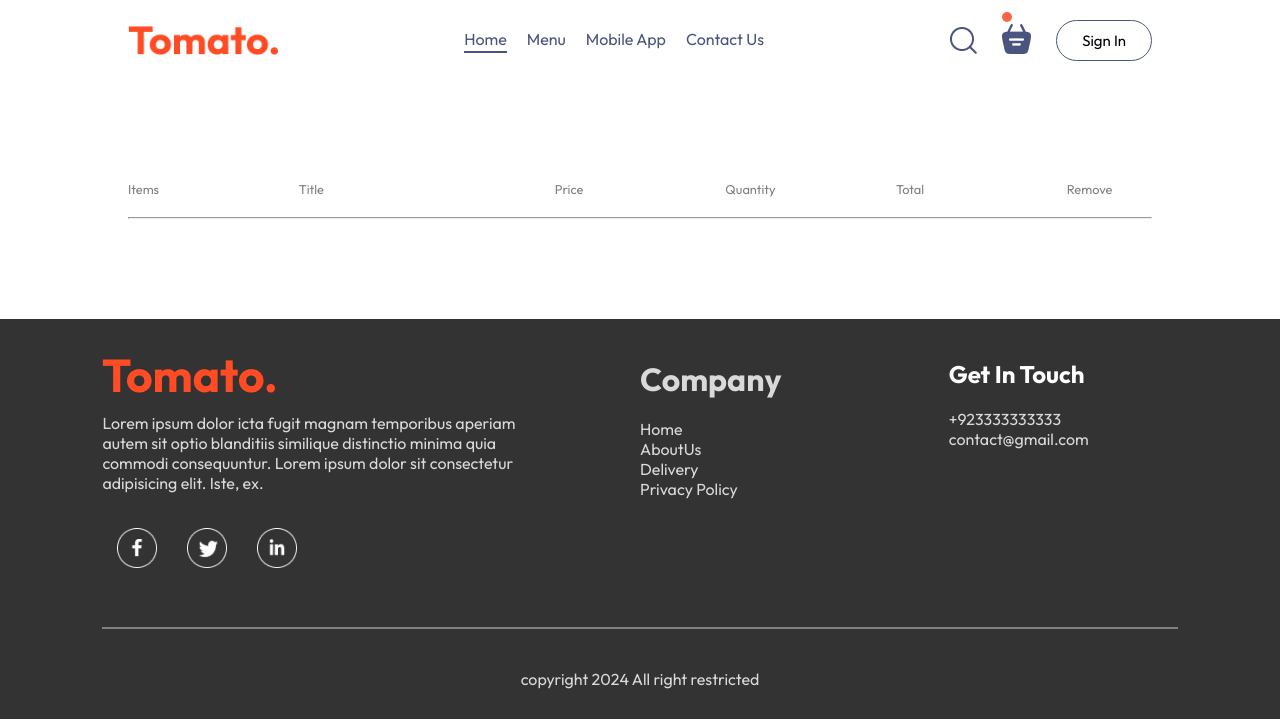
Repository: Attar786/Food-ordering-app
Page: /cart (app in frontend/)
An editor plug-in stored every save of this project. The page is shown before and after the next save, followed by the edit.
The browser window is 1280 px wide. The pictures show the whole page.
The project was rebuilt for these pictures with package versions that can differ from the ones it lists, and the page was loaded fresh each time. Also part of the build but not shown: frontend/vite.config.js, frontend/src/components/Header/Header.css, frontend/src/components/Header/Header.jsx, frontend/src/components/ExploreMenu/ExploreMenu.css, frontend/src/components/ExploreMenu/ExploreMenu.jsx, frontend/src/components/FoodDisplay/FoodDisplay.css, frontend/src/components/FoodItem/FoodItem.css, frontend/src/components/FoodItem/FoodItem.jsx and 8 more.

Above is the page before, as saved 2024-07-30 15:11:10.

### frontend/src/main.jsx
import ReactDOM from 'react-dom/client'
import App from './App.jsx'
import './index.css'
import {BrowserRouter} from 'react-router-dom'
import StoreContextProvider from './context/StoreContext.jsx'
ReactDOM.createRoot(document.getElementById('root')).render(
<BrowserRouter>

<StoreContextProvider>
<App />
</StoreContextProvider>

    </BrowserRouter>
)

### frontend/src/App.jsx
import './index.css'
import Navbar from "./components/Navbar/Navbar"
import Home from './pages/Home/Home'
import Cart from './pages/Cart/Cart'
import PlaceOrder from './pages/PlaceOrder/PlaceOrder'
import { Route, Routes } from 'react-router-dom'
import Footer from './components/Footer/Footer'

import LoginPopup from './components/LoginPopup/LoginPopup'
import { useState } from 'react'
function App() {
  const [showLogin, setShowLogin] = useState(false);

  return (
    <>
  {showLogin?<LoginPopup setShowLogin={setShowLogin}/>:<></>}
  <div className='app'>
  <Navbar setShowLogin = {setShowLogin} />
<Routes>
<Route path='/' element={<Home/>}/>
<Route path='/cart' element={<Cart/>}/>
<Route path='/order' element={<PlaceOrder/>}/>
</Routes>
  </div>
  <Footer/>
    </>
  )
}

export default App

### frontend/src/index.css
@import url('https://fonts.googleapis.com/css2?family=Outfit:wght@100..900&display=swap');


*{
margin: 0;
padding: 0;
 box-sizing: border-box;
 font-family: outfit;
 scroll-behavior: smooth;
}
body{
height: 100vh;
}
a{
text-decoration: none;
color : inherit;
}
.app{
    width: 80%;
    margin: auto;
}
@keyframes fadeIn{
    0%{
        opacity: 0;
    }
    100%{
        opacity: 1;
    }
}

### frontend/src/context/StoreContext.jsx
import './StoreContext.css';
import { createContext, useEffect, useState } from 'react';
import { food_list } from '../assets/assets'; // Ensure this path is correct and food_list is correctly exported

export const StoreContext = createContext(null);

const StoreContextProvider = (props) => {
  const [cartItems, setCartItems] = useState({});

  const addToCart = (itemId) => {
    if (!cartItems[itemId]) {
      setCartItems((prev) => ({ ...prev, [itemId]: 1 }));
    } else {
      setCartItems((prev) => ({ ...prev, [itemId]: prev[itemId] + 1 }));
    }
  };

  const removeFromCart = (itemId) => {
    setCartItems((prev) => {
      const newCount = prev[itemId] - 1;
      if (newCount <= 0) {
        const { [itemId]: _, ...rest } = prev;
        return rest;
      } else {
        return { ...prev, [itemId]: newCount };
      }
    });
  };

  useEffect(() => {
    console.log(cartItems);
  }, [cartItems]);

  const contextValue = {
    food_list,
    cartItems,
    setCartItems,
    addToCart,
    removeFromCart,
  };

  return (
    <StoreContext.Provider value={contextValue}>
      {props.children}
    </StoreContext.Provider>
  );
};

export default StoreContextProvider;

### frontend/src/components/Navbar/Navbar.jsx
import { useState } from 'react';
import './Navbar.css';
import { assets } from '../../assets/assets';
import { Link } from 'react-router-dom'
const Navbar = ({setShowLogin}) => {
  const [menu, setMenu] = useState("home");

  const handleMenuClick = (menuItem) => {
    setMenu(menuItem);
  };

  return (
    <div className="navbar">
      <img src={assets.logo} alt="Logo" className="logo" />
      <ul className="navbar-menu">
        <Link to='/' onClick={() => handleMenuClick("home")} className={menu === "home" ? "active" : ""}>Home</Link>
        <a href='#explore-menu' onClick={() => handleMenuClick("menu")} className={menu === "menu" ? "active" : ""}>Menu</a>
        <a href='#app-download' onClick={() => handleMenuClick("mobile-app")} className={menu === "mobile-app" ? "active" : ""}>Mobile App</a>
        <a href='#footer' onClick={() => handleMenuClick("contact-us")} className={menu === "contact-us" ? "active" : ""}>Contact Us</a>
      </ul>
      <div className="navbar-right">
        <img src={assets.search_icon} alt="search-icon" />
        <div>
         <Link to='/cart'> <img src={assets.basket_icon} alt="icons" /></Link>
          <div className="dot"></div>
        </div>
        <button onClick={()=>setShowLogin(true)} >Sign In</button>
      </div>
    </div>
  );
}

export default Navbar;

### frontend/src/pages/Cart/Cart.jsx
 import { useContext } from 'react'
import './Cart.css'
import { StoreContext } from '../../context/StoreContext'
const Cart = () => {
  const {cartItems,food_list,removeFrp,Cart} = useContext(StoreContext);
  return (
    <div className='Cart'>
      <div className="cart-items">
        <div className="cart-item-title">
          <p>Items</p>
          <p>Title</p>
          <p>Price</p>
          <p>Quantity</p>
          <p>Total</p>
          <p>Remove</p>
        </div>
        <br />
        <hr />
        {
          food_list.map((item,index)=>
          {
            if(cartItems[item._id]){
              return (
                <div key={index} className="cart-items-title cart-item-item">
                  <img src={item.image} alt="" />
                  <p>{item.name}</p>
                  <p>Pkr={item.price}</p>
                  <p>{cartItems[item._id]}</p>
                  <p>{item.price*cartItems[item._id]}</p>
                  <p>X</p>
                </div>
              )
            }
          }

          )
        }
      </div>
       </div>
  )
}

export default Cart

### frontend/src/components/Footer/Footer.jsx
import "./Footer.css"
import { assets } from "../../assets/assets"
const Footer = () => {
  return (
    <div className="footer" id="footer">
<div className="footer-content">
    <div className="footer-content-left">
        <img src={assets.logo} alt="fsf" />
    <p>  Lorem ipsum dolor icta fugit magnam temporibus aperiam autem sit optio blanditiis similique distinctio minima quia commodi consequuntur. Lorem ipsum dolor sit consectetur adipisicing elit. Iste, ex.</p>
    <div className="footer-social-icons">
        <img src={assets.facebook_icon} alt="" />
        <img src={assets.twitter_icon} alt="" />
        <img src={assets.linkedin_icon} alt="" />
    </div>

    </div>
    <div className="footer-content-center">
    <h1>Company</h1>
        <ul>
        <li>Home</li>
        <li>AboutUs</li>
        <li>Delivery</li>
        <li>Privacy Policy</li>
        </ul>
    </div>
    <div className="footer-content-right">
        <h2>Get In Touch</h2>
        <ul>
            <li>
                +923333333333
            </li>
            <li>
                contact@gmail.com
            </li>
        </ul>
    </div>
</div>
<hr/>
<p className="footer-copyright">
copyright 2024 All right restricted
</p>

    </div>
  )
}

export default Footer

### frontend/src/assets/assets.js
import basket_icon from './basket_icon.png'
import logo from './logo.png'
import header_img from './header_img.png'
import search_icon from './search_icon.png'
import menu_1 from './menu_1.png'
import menu_2 from './menu_2.png'
import menu_3 from './menu_3.png'
import menu_4 from './menu_4.png'
import menu_5 from './menu_5.png'
import menu_6 from './menu_6.png'
import menu_7 from './menu_7.png'
import menu_8 from './menu_8.png'

import food_1 from './food_1.png'
import food_2 from './food_2.png'
import food_3 from './food_3.png'
import food_4 from './food_4.png'
import food_5 from './food_5.png'
import food_6 from './food_6.png'
import food_7 from './food_7.png'
import food_8 from './food_8.png'
import food_9 from './food_9.png'
import food_10 from './food_10.png'
import food_11 from './food_11.png'
import food_12 from './food_12.png'
import food_13 from './food_13.png'
import food_14 from './food_14.png'
import food_15 from './food_15.png'
import food_16 from './food_16.png'
import food_17 from './food_17.png'
import food_18 from './food_18.png'
import food_19 from './food_19.png'
import food_20 from './food_20.png'
import food_21 from './food_21.png'
import food_22 from './food_22.png'
import food_23 from './food_23.png'
import food_24 from './food_24.png'
import food_25 from './food_25.png'
import food_26 from './food_26.png'
import food_27 from './food_27.png'
import food_28 from './food_28.png'
import food_29 from './food_29.png'
import food_30 from './food_30.png'
import food_31 from './food_31.png'
import food_32 from './food_32.png'

import add_icon_white from './add_icon_white.png'
import add_icon_green from './add_icon_green.png'
import remove_icon_red from './remove_icon_red.png'
import app_store from './app_store.png'
import play_store from './play_store.png'
import linkedin_icon from './linkedin_icon.png'
import facebook_icon from './facebook_icon.png'
import twitter_icon from './twitter_icon.png'
import cross_icon from './cross_icon.png'
import selector_icon from './selector_icon.png'
import rating_starts from './rating_starts.png'
import profile_icon from './profile_icon.png'
import bag_icon from './bag_icon.png'
import logout_icon from './logout_icon.png'
import parcel_icon from './parcel_icon.png'

export const assets = {
    logo,
    basket_icon,
    header_img,
    search_icon,
    rating_starts,
    add_icon_green,
    add_icon_white,
    remove_icon_red,
    app_store,
    play_store,
    linkedin_icon,
    facebook_icon,
    twitter_icon,
    cross_icon,
    selector_icon,
    profile_icon,
    logout_icon,
    bag_icon,
    parcel_icon
}

export const menu_list = [
    {
        menu_name: "Salad",
        menu_image: menu_1
    },
    {
        menu_name: "Rolls",
        menu_image: menu_2
    },
    {
        menu_name: "Deserts",
        menu_image: menu_3
    },
    {
        menu_name: "Sandwich",
        menu_image: menu_4
    },
    {
        menu_name: "Cake",
        menu_image: menu_5
    },
    {
        menu_name: "Pure Veg",
        menu_image: menu_6
    },
    {
        menu_name: "Pasta",
        menu_image: menu_7
    },
    {
        menu_name: "Noodles",
        menu_image: menu_8
    }]

export const food_list = [
    {
        _id: "1",
        name: "Greek salad",
        image: food_1,
        price: 12,
        description: "Food provides essential nutrients for overall health and well-being",
        category: "Salad"
    },
    {
        _id: "2",
        name: "Veg salad",
        image: food_2,
        price: 18,
        description: "Food provides essential nutrients for overall health and well-being",
        category: "Salad"
    }, {
        _id: "3",
        name: "Clover Salad",
        image: food_3,
        price: 16,
        description: "Food provides essential nutrients for overall health and well-being",
        category: "Salad"
    }, {
        _id: "4",
        name: "Chicken Salad",
        image: food_4,
        price: 24,
        description: "Food provides essential nutrients for overall health and well-being",
        category: "Salad"
    }, {
        _id: "5",
        name: "Lasagna Rolls",
        image: food_5,
        price: 14,
        description: "Food provides essential nutrients for overall health and well-being",
        category: "Rolls"
    }, {
        _id: "6",
        name: "Peri Peri Rolls",
        image: food_6,
        price: 12,
        description: "Food provides essential nutrients for overall health and well-being",
        category: "Rolls"
    }, {
        _id: "7",
        name: "Chicken Rolls",
        image: food_7,
        price: 20,
        description: "Food provides essential nutrients for overall health and well-being",
        category: "Rolls"
    }, {
        _id: "8",
        name: "Veg Rolls",
        image: food_8,
        price: 15,
        description: "Food provides essential nutrients for overall health and well-being",
        category: "Rolls"
    }, {
        _id: "9",
        name: "Ripple Ice Cream",
        image: food_9,
        price: 14,
        description: "Food provides essential nutrients for overall health and well-being",
        category: "Deserts"
    }, {
        _id: "10",
        name: "Fruit Ice Cream",
        image: food_10,
        price: 22,
        description: "Food provides essential nutrients for overall health and well-being",
        category: "Deserts"
    }, {
        _id: "11",
        name: "Jar Ice Cream",
        image: food_11,
        price: 10,
        description: "Food provides essential nutrients for overall health and well-being",
        category: "Deserts"
    }, {
        _id: "12",
        name: "Vanilla Ice Cream",
        image: food_12,
        price: 12,
        description: "Food provides essential nutrients for overall health and well-being",
        category: "Deserts"
    },
    {
        _id: "13",
        name: "Chicken Sandwich",
        image: food_13,
        price: 12,
        description: "Food provides essential nutrients for overall health and well-being",
        category: "Sandwich"
    },
    {
        _id: "14",
        name: "Vegan Sandwich",
        image: food_14,
        price: 18,
        description: "Food provides essential nutrients for overall health and well-being",
        category: "Sandwich"
    }, {
        _id: "15",
        name: "Grilled Sandwich",
        image: food_15,
        price: 16,
        description: "Food provides essential nutrients for overall health and well-being",
        category: "Sandwich"
    }, {
        _id: "16",
        name: "Bread Sandwich",
        image: food_16,
        price: 24,
        description: "Food provides essential nutrients for overall health and well-being",
        category: "Sandwich"
    }, {
        _id: "17",
        name: "Cup Cake",
        image: food_17,
        price: 14,
        description: "Food provides essential nutrients for overall health and well-being",
        category: "Cake"
    }, {
        _id: "18",
        name: "Vegan Cake",
        image: food_18,
        price: 12,
        description: "Food provides essential nutrients for overall health and well-being",
        category: "Cake"
    }, {
        _id: "19",
        name: "Butterscotch Cake",
        image: food_19,
        price: 20,
        description: "Food provides essential nutrients for overall health and well-being",
        category: "Cake"
    }, {
        _id: "20",
        name: "Sliced Cake",
        image: food_20,
        price: 15,
        description: "Food provides essential nutrients for overall health and well-being",
        category: "Cake"
    }, {
        _id: "21",
        name: "Garlic Mushroom ",
        image: food_21,
        price: 14,
        description: "Food provides essential nutrients for overall health and well-being",
        category: "Pure Veg"
    }, {
        _id: "22",
        name: "Fried Cauliflower",
        image: food_22,
        price: 22,
        description: "Food provides essential nutrients for overall health and well-being",
        category: "Pure Veg"
    }, {
        _id: "23",
        name: "Mix Veg Pulao",
        image: food_23,
        price: 10,
        description: "Food provides essential nutrients for overall health and well-being",
        category: "Pure Veg"
    }, {
        _id: "24",
        name: "Rice Zucchini",
        image: food_24,
        price: 12,
        description: "Food provides essential nutrients for overall health and well-being",
        category: "Pure Veg"
    },
    {
        _id: "25",
        name: "Cheese Pasta",
        image: food_25,
        price: 12,
        description: "Food provides essential nutrients for overall health and well-being",
        category: "Pasta"
    },
    {
        _id: "26",
        name: "Tomato Pasta",
        image: food_26,
        price: 18,
        description: "Food provides essential nutrients for overall health and well-being",
        category: "Pasta"
    }, {
        _id: "27",
        name: "Creamy Pasta",
        image: food_27,
        price: 16,
        description: "Food provides essential nutrients for overall health and well-being",
        category: "Pasta"
    }, {
        _id: "28",
        name: "Chicken Pasta",
        image: food_28,
        price: 24,
        description: "Food provides essential nutrients for overall health and well-being",
        category: "Pasta"
    }, {
        _id: "29",
        name: "Buttter Noodles",
        image: food_29,
        price: 14,
        description: "Food provides essential nutrients for overall health and well-being",
        category: "Noodles"
    }, {
        _id: "30",
        name: "Veg Noodles",
        image: food_30,
        price: 12,
        description: "Food provides essential nutrients for overall health and well-being",
        category: "Noodles"
    }, {
        _id: "31",
        name: "Somen Noodles",
        image: food_31,
        price: 20,
        description: "Food provides essential nutrients for overall health and well-being",
        category: "Noodles"
    }, {
        _id: "32",
        name: "Cooked Noodles",
        image: food_32,
        price: 15,
        description: "Food provides essential nutrients for overall health and well-being",
        category: "Noodles"
    }
]

### frontend/src/components/Navbar/Navbar.css
.navbar{
    padding: 20px 0;
    display: flex;
    justify-content: space-between;
    align-items: center;
}
.navbar .logo{
    width: 150px;
}
.navbar-menu{
    display: flex;
    list-style: none;
    gap: 20px;
    font: 18px;
    color: #49557e;
    cursor: pointer;
}
.navbar-right{
    display: flex;
    align-items: center;
    gap: 25px;

}
.navbar button{
    font-size: 15px;
    border: 1px solid #49557e;
    background: transparent;
    padding: 10px 25px;
    cursor: pointer;
    border-radius: 40px;
    transition: 0.3s;
}
.navbar button:hover{
    background-color: #fff4f2;
}
.navbar .navbar-menu .active{
    padding-bottom: 2px;
    border-bottom: 2px solid #49557e;

}
.search-icon{
    position: relative;
}
/* .search-icon .dot{ */
    /* position: absolute;
    top: -5px;
    right: -5px;
    width: 10px;
    height: 10px;
    background-color: blue;
    border-radius: 50%;
} */
.dot {
    position: absolute;
    top: 12px; /* Adjust as needed */
    right: 268px; /* Adjust as needed */
    width: 10px;
    height: 10px;
    background-color: tomato;
    border-radius: 50%;}
    @media (max-width: 1050px)
    {
        .navbar .logo{
            width: 140px;
        }
        .navbar-menu{
            gap: 20px;
            font-size: 17px;
        }
        .nav-right {
            gap: 30px;
        };
        .navbar-right img{
            width: 22px;
        }
        .navbar-right button{
            padding: 8px 25px;
        };

    }

    @media (max-width: 900px)
    {
        .navbar .logo{
            width: 100px;
        }
        .navbar-menu{
            gap: 10px;
            font-size: 16px;
        }
        .Nav-right {
            gap: 20px;
        }
        .navbar-right img{
            width: 17px;

        }
        .navbar-right button{
            padding: 7px 15px;
            font-size: 10px;
        }
    }

    @media (max-width: 750px)
    {

        .navbar-menu{
            display: none;;
        }
    }

### frontend/src/pages/Cart/Cart.css
.Cart{
    margin-top: 100px;;
}
.cart-item-title{
    display: grid;
    grid-template-columns:  1fr 1.5fr 1fr 1fr 1fr 0.5fr;
    align-items: center;
    color: gray;
    font-size: max(1vw, 12px);
}

### frontend/src/components/Footer/Footer.css
.footer {
    color: #d9d9d9;
    background-color: hsl(0, 0%, 20%);
    display: flex;
    flex-direction: column;
    align-items: center;
    gap: 20px;
    padding: 30px 8vw; /* Fixed padding syntax */
    padding-top: 40px;
    margin-top: 100px;
}

.footer-content {
    width: 100%;
    display: grid;
    grid-template-columns: 2fr 1fr 1fr;
    gap: 80px;
}

.footer-content-left, .footer-content-center, .footer-content-right {
    display: flex;
    flex-direction: column;
    align-items: start;
    gap: 20px;
}

.footer-content-left li, .footer-content-center li, .footer-content-right li {
    list-style: none;
    cursor: pointer;
}
.footer-content-center h2, .footer-content-right h2 {
    color: white;
}
.footer-social-icons img {
width: 40px;
margin: 15px;
}
.footer-social-icons img:hover {
    width: 40px;
    margin: 15px;
    }
.footer hr{
    width: 100%;
    height: 2px;
    margin: 20px 0;
    background-color : gray;
    border: none;
}
@media (max-width: 1050px) {
    .footer-content{
        display: flex;
        flex-direction:column;
        gap: 35px;
    }
    .footer-copyright{
        text-align: center;
}
}

Loaded but not shown: frontend/index.html (common file); frontend/src/context/StoreContext.css (no stored copy; drawn as an empty file); frontend/src/pages/Home/Home.css (no stored copy; drawn as an empty file)

After the next save:
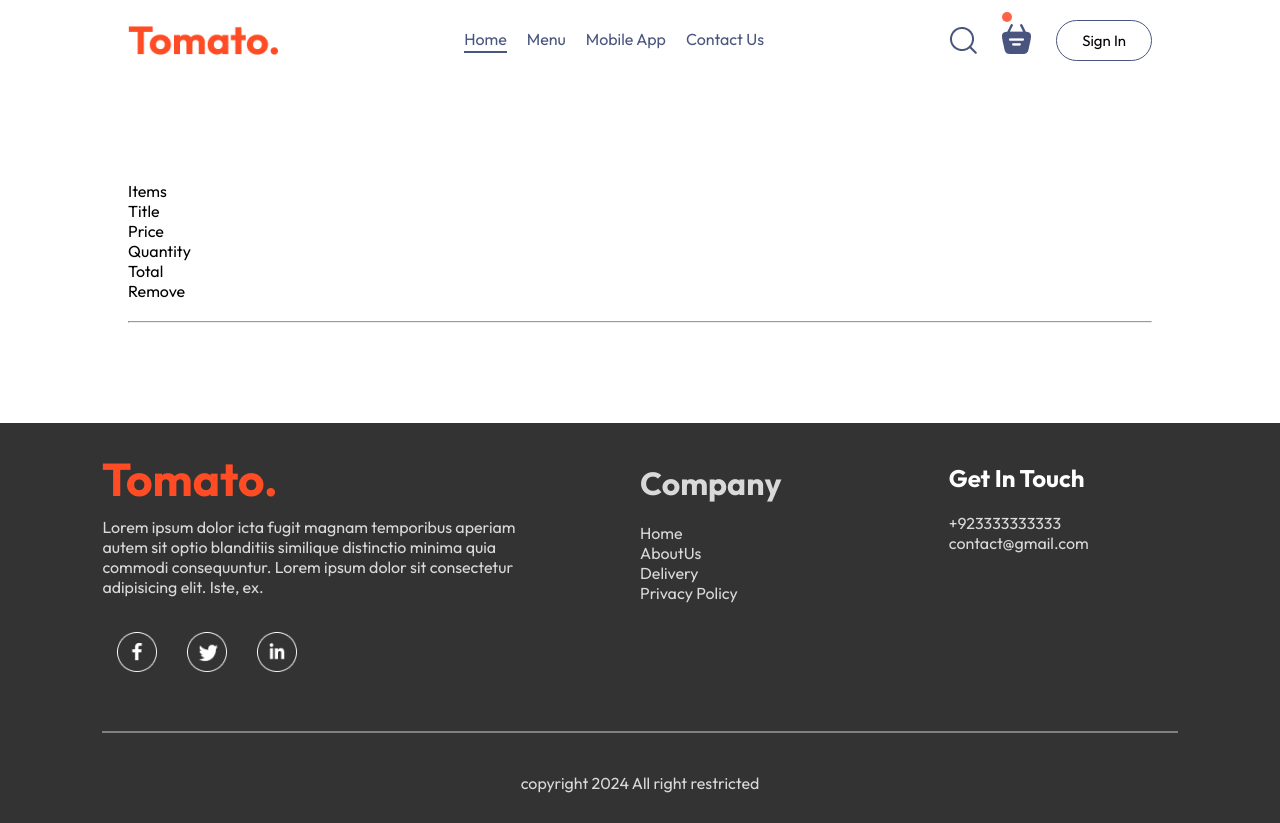
Saved 88 s later.
--- a/frontend/src/pages/Cart/Cart.jsx
+++ b/frontend/src/pages/Cart/Cart.jsx
@@ -6,7 +6,7 @@ const Cart = () => {
   return (
     <div className='Cart'>
       <div className="cart-items">
-        <div className="cart-item-title">
+        <div className=" cart-items-title">
           <p>Items</p>
           <p>Title</p>
           <p>Price</p>

After the save that followed:
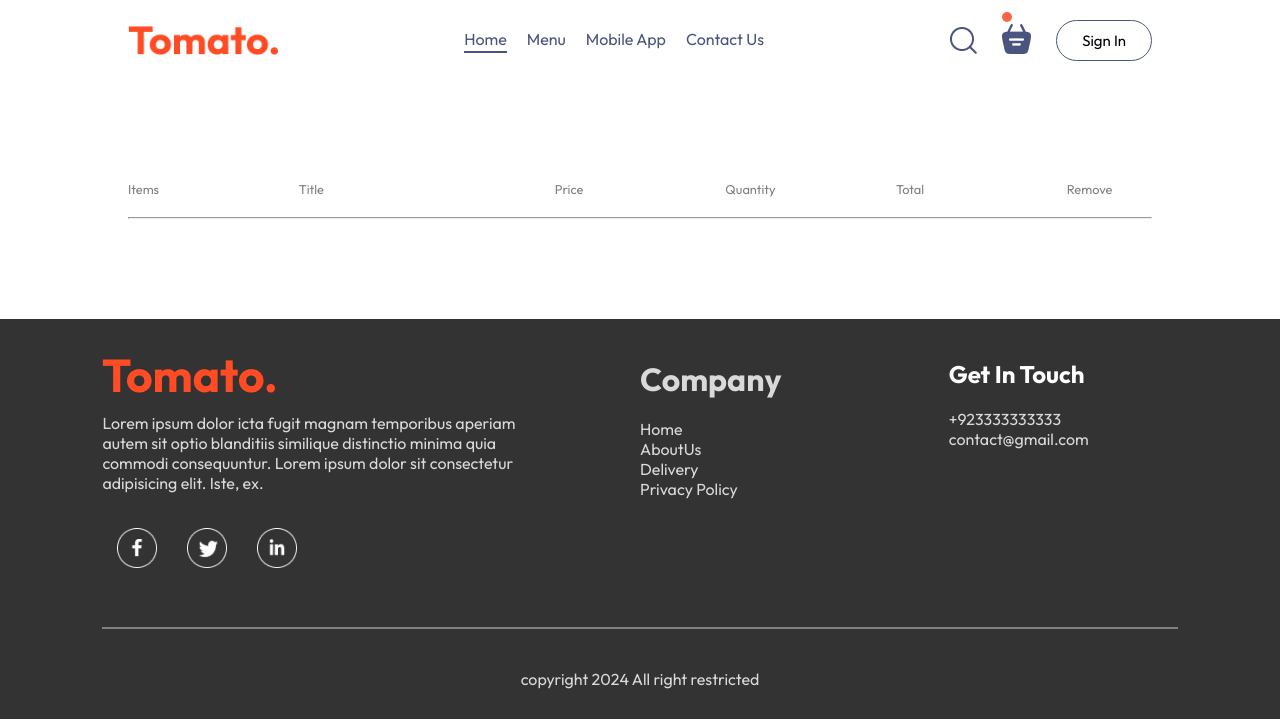
Saved 5 s later.
--- a/frontend/src/pages/Cart/Cart.css
+++ b/frontend/src/pages/Cart/Cart.css
@@ -1,7 +1,7 @@
 .Cart{
     margin-top: 100px;;
 }
-.cart-item-title{
+.cart-items-title{
     display: grid;
     grid-template-columns:  1fr 1.5fr 1fr 1fr 1fr 0.5fr;
     align-items: center;
